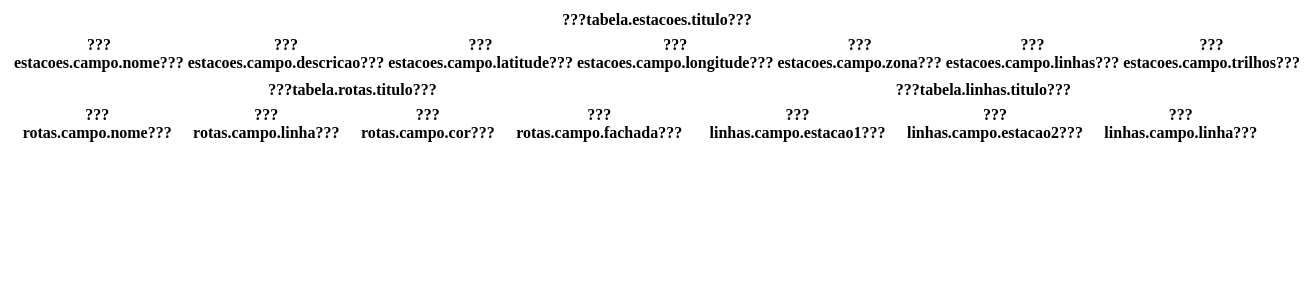
Repository: jonathansds/GIT_Metro-Londres
Page: http://localhost/Metro-Londres/WEB-INF/jsp/dados/arquivos.jsp
An editor plug-in stored every save of this project. The page is shown before and after the next save, followed by the edit.
The browser window is 1280 px wide. The page is 1306 px wide, so the pictures cover 1306 px, including what lies to the right of the window. The pictures show the whole page.
The page is served by Tomcat 9. Nobody is signed in. Other server files are loaded and not shown. The template is opened directly, without the code that normally fills it, so the values that code supplies are empty.

Above is the page before, as saved 2014-05-13 01:04:23.

### Workspace_Metro-Londres/Metro-Londres/WebContent/WEB-INF/jsp/dados/arquivos.jsp
<?xml version="1.0" encoding="ISO-8859-1" ?>
<%@ page language="java" contentType="text/html; charset=ISO-8859-1" pageEncoding="ISO-8859-1"%>
<%@taglib uri="http://java.sun.com/jsp/jstl/core" prefix="c"%>
<%@taglib uri="http://java.sun.com/jsp/jstl/fmt" prefix="fmt"%>

<!DOCTYPE html PUBLIC "-//W3C//DTD XHTML 1.0 Transitional//EN" "http://www.w3.org/TR/xhtml1/DTD/xhtml1-transitional.dtd">
<html xmlns="http://www.w3.org/1999/xhtml"
	xmlns:p="http://primefaces.org/ui">

<body>

	<table>
		  <thead>
		    <tr>
		    	<th><fmt:message key='tabela.estacoes.titulo' /></th>
		    </tr>
		  </thead>
		  <tbody>
		  	<tr>
		        <td>
	        	<table>
				  <thead>
				    <tr>
				      <th><fmt:message key='estacoes.campo.nome' /></th>
				      <th><fmt:message key='estacoes.campo.descricao' /></th>
				      <th><fmt:message key='estacoes.campo.latitude' /></th>
				      <th><fmt:message key='estacoes.campo.longitude' /></th>
				      <th><fmt:message key='estacoes.campo.zona' /></th>
				      <th><fmt:message key='estacoes.campo.linhas' /></th>
				      <th><fmt:message key='estacoes.campo.trilhos' /></th>
				    </tr>
				  </thead>
				  <tbody>
				    <c:forEach items="${registrosModel.estacoes}" var="estacao">
				      <tr>
				        <td>${estacao.name}</td>
				        <td>${estacao.display_name}</td>
				        <td>${estacao.latitude}</td>
				        <td>${estacao.longitude}</td>
				        <td>${estacao.zone}</td>
				        <td>${estacao.total_lines}</td>
				        <td>${estacao.rail}</td>
				      </tr>
				    </c:forEach>
				  </tbody>
				</table>
		        </td>
		    </tr>
		  </tbody>
	</table>



	<table>
		  <thead>
		    <tr>
		    	<th><fmt:message key='tabela.rotas.titulo' /></th>
		    	<th><fmt:message key='tabela.linhas.titulo' /></th>
		    </tr>
		  </thead>
		  <tbody>
		  	<tr>
		        <td>
		        <table>
				  <thead>
				    <tr>
				      <th><fmt:message key='rotas.campo.nome' /></th>
				      <th><fmt:message key='rotas.campo.linha' /></th>
				      <th><fmt:message key='rotas.campo.cor' /></th>
				      <th><fmt:message key='rotas.campo.fachada' /></th>
				    </tr>
				  </thead>
				  <tbody>
				    <c:forEach items="${registrosModel.rotas}" var="rota">
				      <tr>
				        <td>${rota.name}</td>
				        <td>${rota.line}</td>
				        <td>${rota.colour}</td>
				        <td>${rota.stripe}</td>
				      </tr>
				    </c:forEach>
				  </tbody>
				</table>
		        </td>
		        <td>
				<table>
				  <thead>
				    <tr>
				      <th><fmt:message key='linhas.campo.estacao1' /></th>
				      <th><fmt:message key='linhas.campo.estacao2' /></th>
				      <th><fmt:message key='linhas.campo.linha' /></th>
				    </tr>
				  </thead>
				  <tbody>
				    <c:forEach items="${registrosModel.linhas}" var="linha">
				      <tr>
				        <td>${linha.line}</td>
				        <td>${linha.station1}</td>
				        <td>${linha.station2}</td>
				      </tr>
				    </c:forEach>
				  </tbody>
				</table>
		        </td>
		    </tr>
		  </tbody>
		  </table>
	</body>
</html>

After the next save:
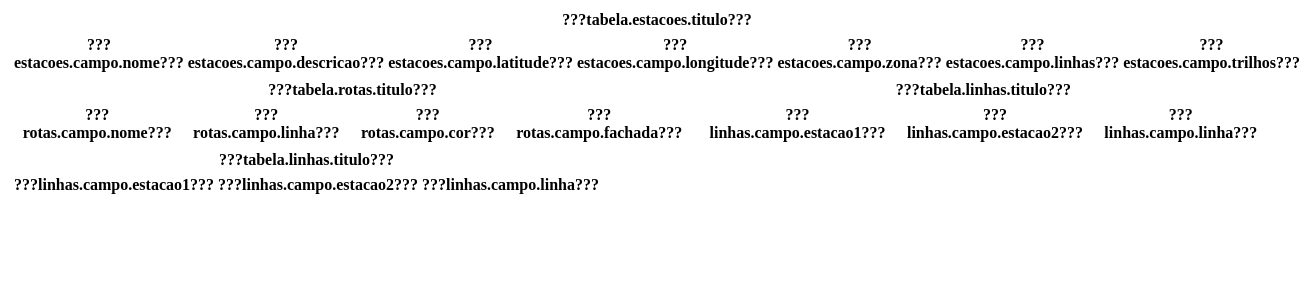
Saved 66 s later.
--- a/Workspace_Metro-Londres/Metro-Londres/WebContent/WEB-INF/jsp/dados/arquivos.jsp
+++ b/Workspace_Metro-Londres/Metro-Londres/WebContent/WEB-INF/jsp/dados/arquivos.jsp
@@ -105,5 +105,39 @@
 		    </tr>
 		  </tbody>
 		  </table>
+
+
+
+		  <table>
+		  <thead>
+		    <tr>
+		    	<th><fmt:message key='tabela.linhas.titulo' /></th>
+		    </tr>
+		  </thead>
+		  <tbody>
+		  	<tr>
+		        <td>
+				<table>
+				  <thead>
+				    <tr>
+				      <th><fmt:message key='linhas.campo.estacao1' /></th>
+				      <th><fmt:message key='linhas.campo.estacao2' /></th>
+				      <th><fmt:message key='linhas.campo.linha' /></th>
+				    </tr>
+				  </thead>
+				  <tbody>
+				    <c:forEach items="${registrosModel.linhas}" var="linha">
+				      <tr>
+				        <td>${linha.line}</td>
+				        <td>${linha.station1}</td>
+				        <td>${linha.station2}</td>
+				      </tr>
+				    </c:forEach>
+				  </tbody>
+				</table>
+		        </td>
+		    </tr>
+		  </tbody>
+		</table>
 	</body>
 </html>
